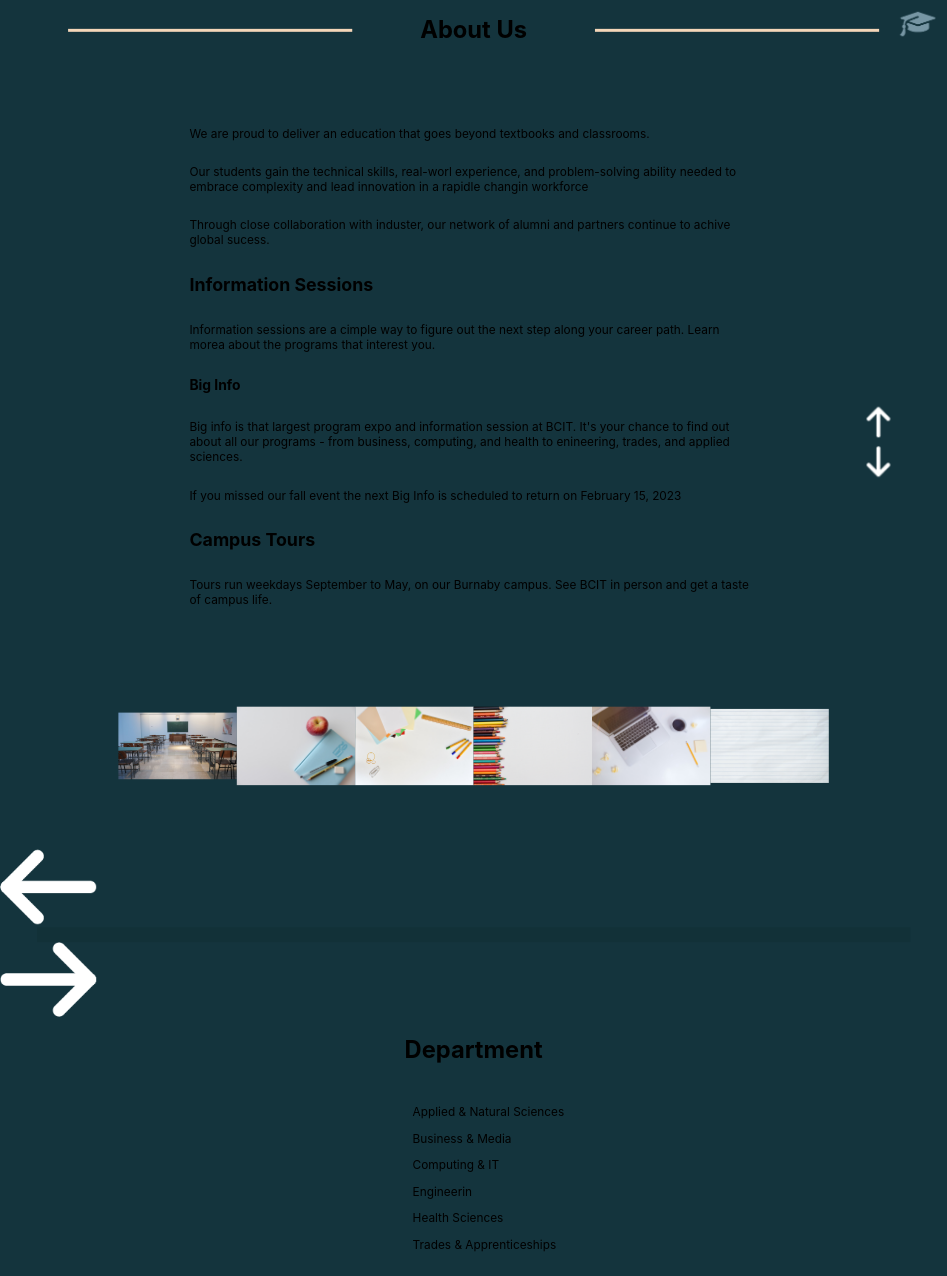
Repository: SaraShio/A01314209_Sara_Shiojima
Page: /about
An editor plug-in stored every save of this project. The page is shown before and after the next save, followed by the edit.
The browser window is 1280 px wide. The pictures show the whole page, at 74% of full size.
The project was rebuilt for these pictures with package versions that can differ from the ones it lists, and the page was loaded fresh each time. The framework's server and built-in components were replaced by stand-ins that run in the browser. Also part of the build but not shown: next.config.js.

Above is the page before, as saved 2023-02-08 22:33:26.

### pages/_app.js
import '../styles/globals.css'
import '../styles/variables.css'


function MyApp({ Component, pageProps }) {
  return <Component {...pageProps} />
}

export default MyApp

### pages/about.js
import Head from 'next/head'
import Image from 'next/image'
import styles from '../styles/About.module.css'
import Link from 'next/link'
import Arrow from '../components/Arrow'
import Navbar from '../components/Navbar'

export default function About() {
    return (
        <>
            <head>
                <title>About Us</title>
                <meta name="author" content="MDIA 2109" />
                <meta property="og:title" content="Assignment #1 - About Us Page" />
                <meta property="og:description" content="BCIT Digital Design and Development Diploma" />
                <link rel="icon" href='/favicon.png' />
            </head>

            <main className={styles.main}>
                <Navbar/>
                <header>
                    <div className={styles.header}>
                        <hr className={styles.line}></hr>
                        <h1>About Us</h1>
                        <hr className={styles.line}></hr>
                    </div>
                </header>
                <div className={styles.information}>
                    <div><p>We are proud to deliver an education that goes beyond textbooks and classrooms.</p></div>
                    <div><p>Our students gain the technical skills, real-worl experience, and problem-solving ability needed to embrace complexity and lead innovation in a rapidle changin workforce</p></div>
                    <div><p>Through close collaboration with induster, our network of alumni and partners continue to achive global sucess. </p></div>

                    <div><h2  >Information Sessions</h2></div>
                    <div><p>Information sessions are a cimple way to figure out the next step along your career path. Learn morea about the programs that interest you.</p></div>
                    <div><h3  >Big Info</h3></div>
                    <div><p>Big info is that largest program expo and information session at BCIT. It's  your chance to find out about all our programs - from business, computing, and health to enineering, trades, and applied sciences.</p></div>
                    <div><p  >If you missed our fall event the next Big Info is scheduled to return on February 15, 2023</p></div>
                    <div><h2  >Campus Tours</h2></div>

                    <div><p>Tours run weekdays September to May, on our Burnaby campus. See BCIT in person and get a taste of campus life.</p></div>
                </div>

                <div id="carouselImage" className={styles.carouselImage}>
                    <img className={styles.carousel} src={"carousel-images/0.jpg"} />
                    <img className={styles.carousel} src={"carousel-images/1.jpg"} />
                    <img className={styles.carousel} src={"carousel-images/2.jpg"} />
                    <img className={styles.carousel} src={"carousel-images/3.jpg"} />
                    <img className={styles.carousel} src={"carousel-images/4.jpg"} />
                    <img className={styles.carousel} src={"carousel-images/5.jpg"} />
                </div>

                <div>
                    <img src={'icons/leftArrow.png'} />
                    <div id="testOnImageHere" className={styles.testOnImageHere}></div>
                    <img src={'icons/rightArrow.png'} />
                </div>


                <div className={styles.departments}>
                    <div className={styles.header}>
                        <hr className={styles.line}></hr>
                        <h1>Department</h1>
                        <hr className={styles.line}></hr>
                    </div>

                    <ul className={styles.departmentName}>
                        <li>Applied & Natural Sciences</li>
                        <li>Business & Media</li>
                        <li>Computing & IT</li>
                        <li>Engineerin</li>
                        <li>Health Sciences</li>
                        <li>Trades & Apprenticeships</li>
                    </ul>
                    </div>
                <Arrow page="About" />

            </main>
        </>
    )
}

### styles/variables.css
:root{
    --primary-color: #fff;
    --beige: #f4d6b9;
    --ternary-color: #7796A4;
    --teal: #14343d;
    --quinary-color: rgba(16,46,53,0.5);
    }

### styles/About.module.css
.main{
    background-color: var(--teal);
}

.carouselImage{
    height: 200px;
    background-repeat: no-repeat;
    background-size: cover;
    display: flex;
    justify-content: center;
    align-items: center;
    margin: 40px 0px;
}

.carousel{
width: 10rem;
}

.testOnImageHere{
    background-color: rgba(16, 46, 53, 0.5);
    padding: 10px;
    margin: 0px 50px;
}

.header{
display: flex;
justify-content: center;
align-items: center;
}

.line{
    width: 30%;
    height: 0.25rem;
    background-color: var(--beige);
    border: none;
}

.information{
    margin: 10vh 20vw;
    display: flex;
    justify-content: center;
    flex-direction: column;
}


.departments{
    display: flex;
    flex-direction: column;
    align-items: center;
    justify-content: center;
}

.departmentName>li{
    list-style: none;
    margin: 1rem;
}

### components/Arrow/index.js
import styles from './Arrow.module.css'

export default function Arrow({
    page = "home",
}) {
    return (

        page.toLowerCase() === "home" ?
            <div className={styles.arrow}><a><span><img src={'icons/downwardArrow.png'} /></span></a>
            </div> :
            page.toLowerCase() === "about" ?
                <div className={styles.arrow}><a><span><img src={'icons/upwardArrow.png'} /></span></a>
                    <a><span><img src={'icons/downwardArrow.png'} /></span></a>
                </div> :
                page.toLowerCase() === "contact" ?
                    <div className={styles.arrow}><a href="/about"><span><img src={'icons/upwardArrow.png'} /></span></a>
                    </div> :
                    <div className={styles.arrow}><a href="/"><span><img src={'icons/downwardArrow.png'} /></span></a>
                    </div>
    )
}

### components/Navbar/index.js
import styles from './Navbar.module.css'


export default function Navbar() {

    return (
        <>
            <nav className={styles.navbar}>
                <img className={styles.nav_icon} src={'icons/graduation-hat.png'}></img>
            </nav>
        </>
    )
}

### components/Arrow/Arrow.module.css
.arrow{
    bottom:10vh;
    right: 6vw;
    display: flex;
    flex-direction: column;
    position: fixed;
    gap: 0.5rem;
}


.arrow > a > span > img{
    width: 2rem;
}

### components/Navbar/Navbar.module.css
.navbar{
    display: flex;
    position: relative;
}

.nav_icon{
    width: 3rem;
    top: 1rem;
    right: 1rem;
    position: absolute;
}

Loaded but not shown: styles/globals.css (common file)

After the next save:
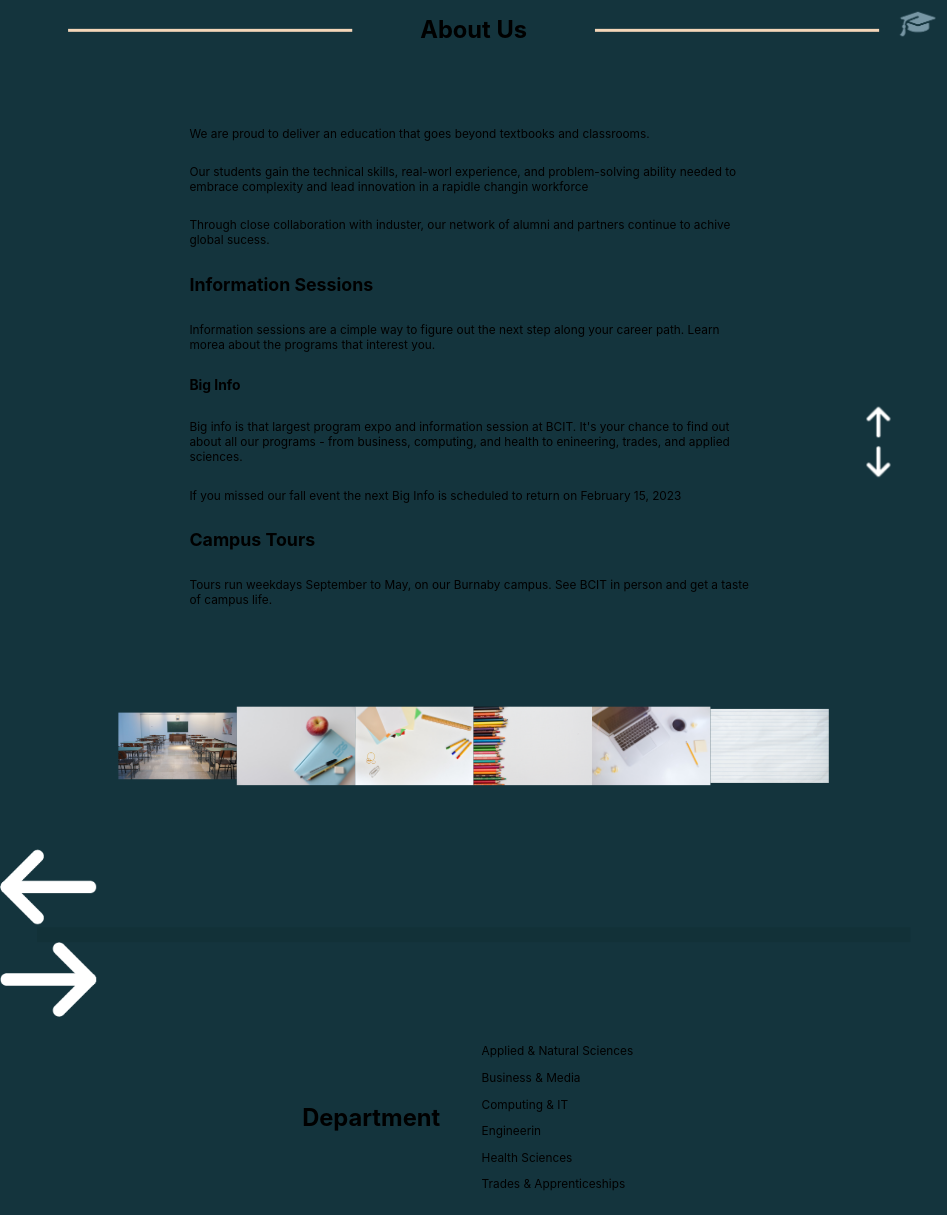
Saved 31 s later.
--- a/pages/about.js
+++ b/pages/about.js
@@ -56,7 +56,7 @@
                 </div>
 
 
-                <div className={styles.departments}>
+                <div className={styles.header}>
                     <div className={styles.header}>
                         <hr className={styles.line}></hr>
                         <h1>Department</h1>

After the 2 saves that followed:
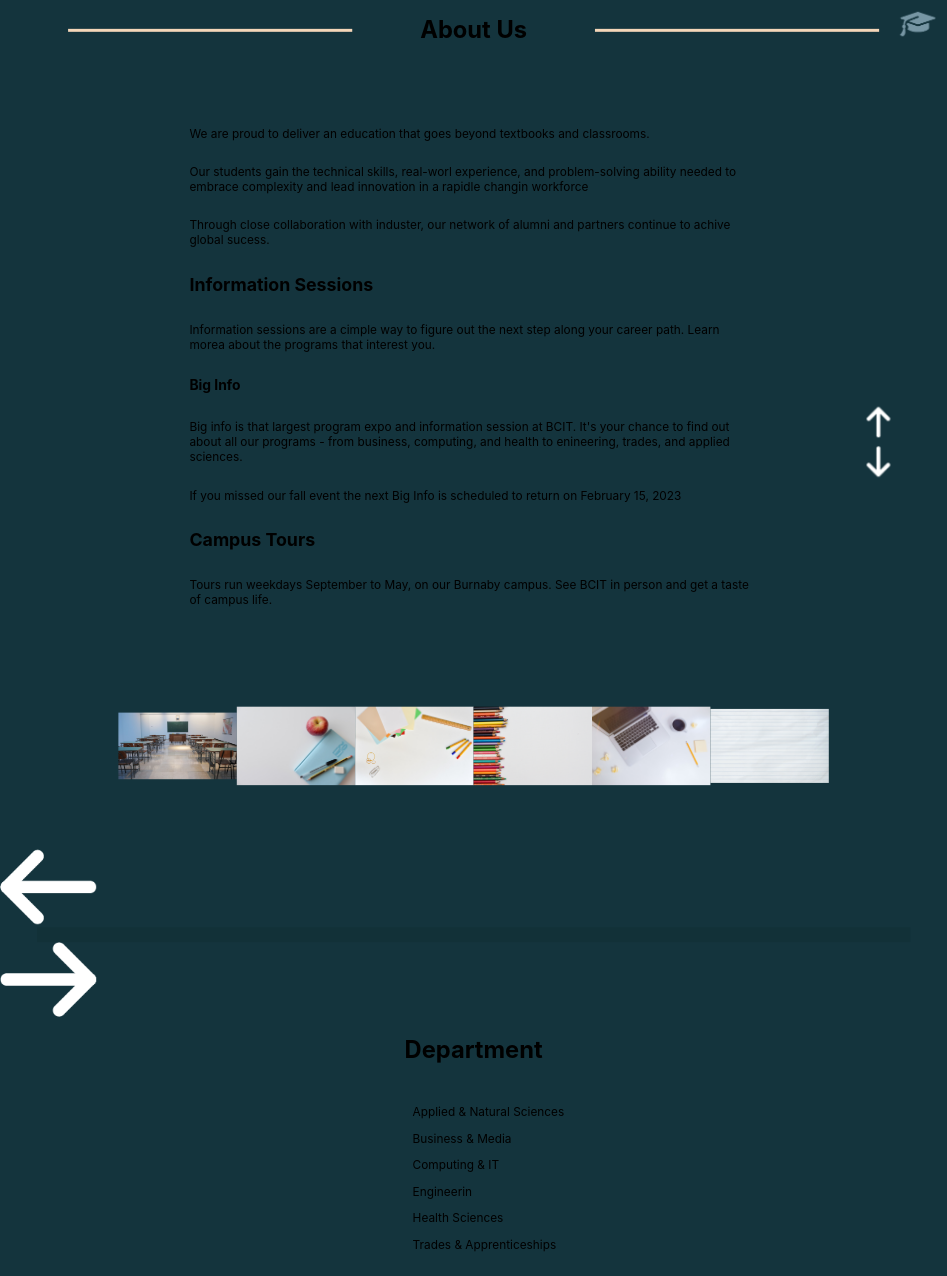
The 2 saves are shown as one change because they came seconds apart.
The last was saved 14 s later.
--- a/pages/about.js
+++ b/pages/about.js
@@ -56,10 +56,10 @@
                 </div>
 
 
-                <div className={styles.header}>
+                <div className={styles.departments}>
                     <div className={styles.header}>
                         <hr className={styles.line}></hr>
-                        <h1>Department</h1>
+                        <h1>Department </h1>
                         <hr className={styles.line}></hr>
                     </div>
 
